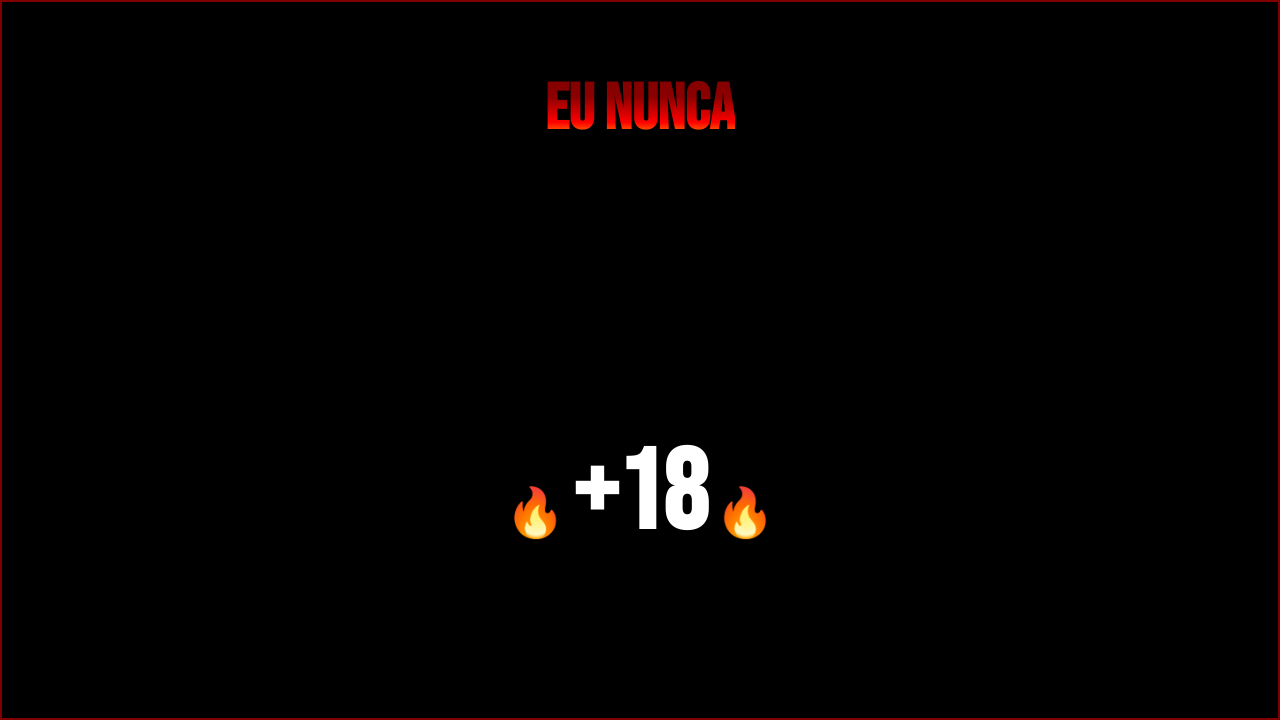
Repository: odiloalmeida/inever
Page: index.html
An editor plug-in stored every save of this project. The page is shown before and after the next save, followed by the edit.
The browser window is 1280 px wide. The pictures show the whole page.

Above is the page before, as saved 2023-01-31 22:37:00.

After the next save:
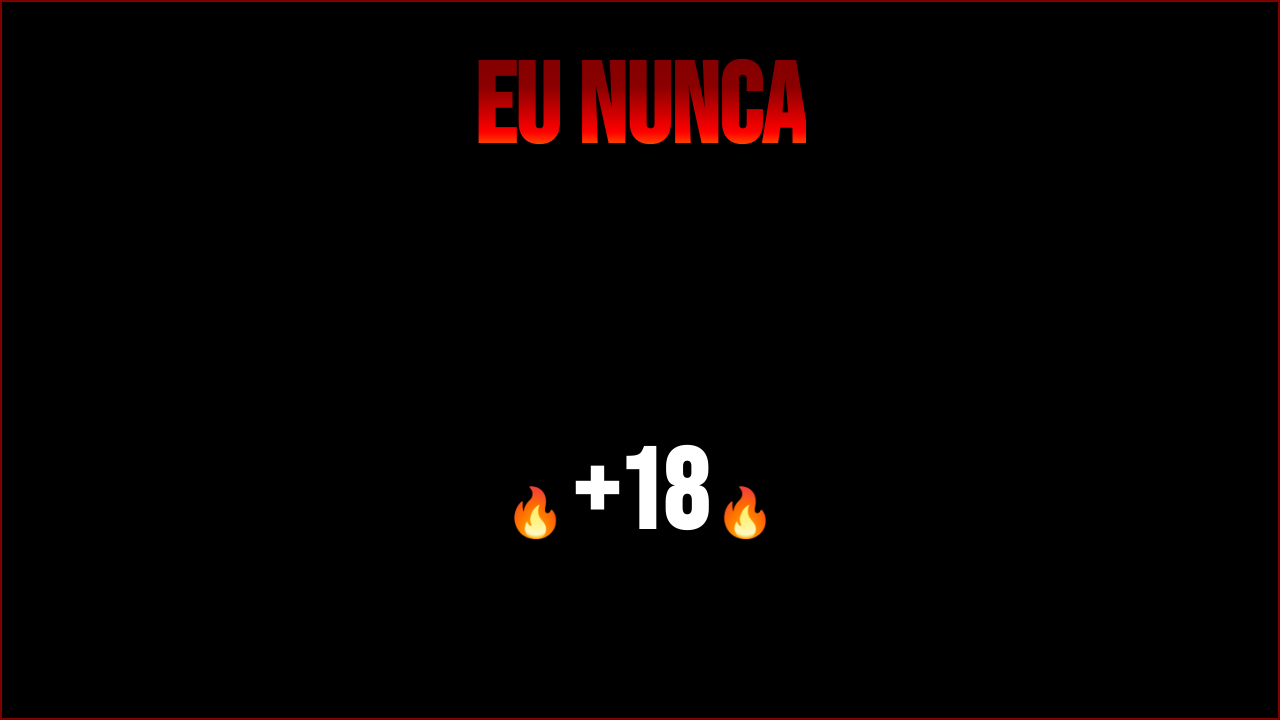
Saved 40 s later.
--- a/style.css
+++ b/style.css
@@ -32,7 +32,7 @@ h1 {
     -webkit-background-clip: text;
     -webkit-text-fill-color: transparent;
     color: black;
-    font-size: 4rem;
+    font-size: 7rem;
     font-weight: 900;
 }
 
